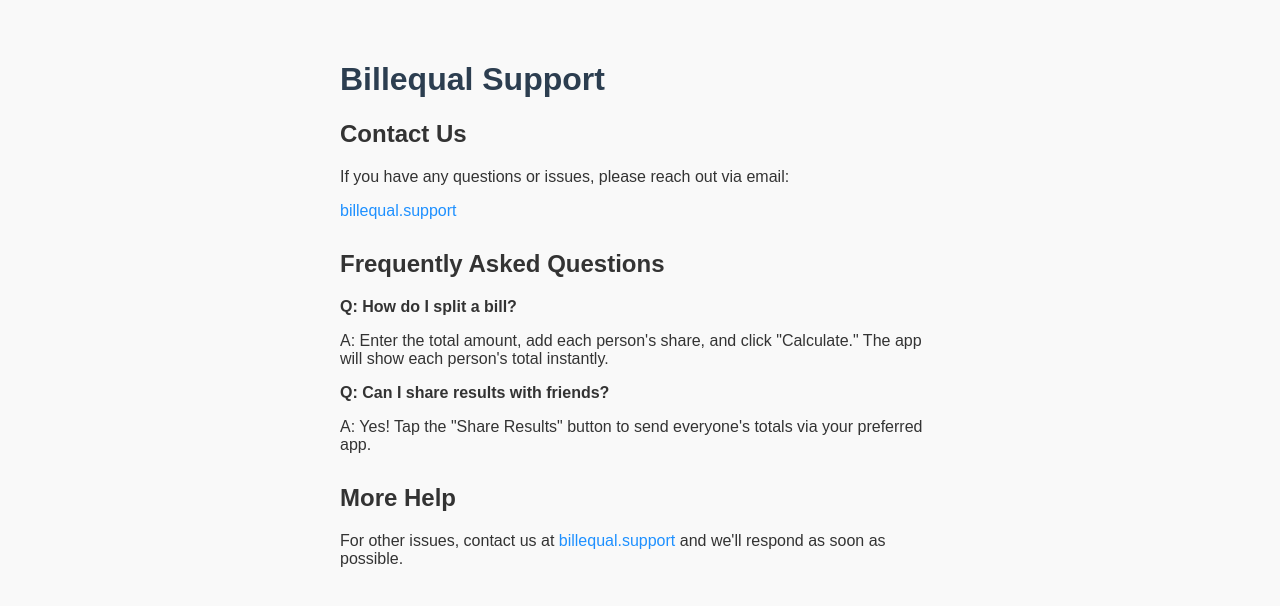
Repository: lyutok/iOS
Page: Billequal_landpage/support.html
An editor plug-in stored every save of this project. The page is shown before and after the next save, followed by the edit.
The browser window is 1280 px wide. The pictures show the whole page.

Above is the page before, as saved 2026-01-15 11:08:08.

### Billequal_landpage/support.html
<!DOCTYPE html>
<html lang="en">
<head>
  <meta charset="UTF-8">
  <meta name="viewport" content="width=device-width, initial-scale=1.0">
  <title>Billequal Support</title>
  <style>
    body {
      font-family: Arial, sans-serif;
      background-color: #f9f9f9;
      color: #333;
      padding: 40px;
      max-width: 600px;
      margin: auto;
    }
    h1 {
      color: #2c3e50;
    }
    a {
      color: #1e90ff;
      text-decoration: none;
    }
    a:hover {
      text-decoration: underline;
    }
    section {
      margin-bottom: 30px;
    }
  </style>
</head>
<body>
  <h1>Billequal Support</h1>

  <section>
    <h2>Contact Us</h2>
    <p>If you have any questions or issues, please reach out via email:</p>
    <p>
        <a href="mailto:mila.liutok@gmail.com?subject=Billequal%20Support">
            billequal.support
        </a>
    </p>
  </section>

  <section>
    <h2>Frequently Asked Questions</h2>
    <p><strong>Q: How do I split a bill?</strong></p>
    <p>A: Enter the total amount, add each person&#39s share, and click &quot;Calculate.&quot; The app will show each person&#39s total instantly.</p>

    <p><strong>Q: Can I share results with friends?</strong></p>
    <p>A: Yes! Tap the &quot;Share Results&quot; button to send everyone&#39s totals via your preferred app.</p>
  </section>

  <section>
    <h2>More Help</h2>
    <p>For other issues, contact us at
        <a href="mailto:mila.liutok@gmail.com?subject=Billequal%20Support">
    billequal.support
    </a>
     and we&#39ll respond as soon as possible.</p>
  </section>
</body>
</html>

After the next save:
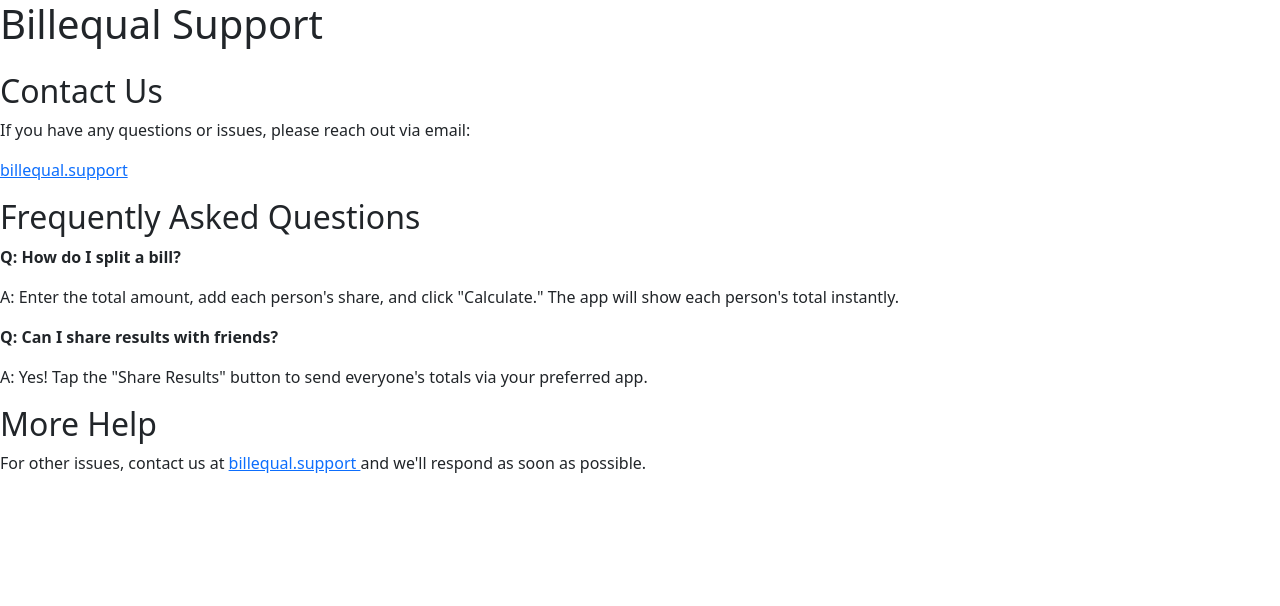
Saved 2 min 56 s later.
--- a/Billequal_landpage/support.html
+++ b/Billequal_landpage/support.html
@@ -4,32 +4,15 @@
   <meta charset="UTF-8">
   <meta name="viewport" content="width=device-width, initial-scale=1.0">
   <title>Billequal Support</title>
-  <style>
-    body {
-      font-family: Arial, sans-serif;
-      background-color: #f9f9f9;
-      color: #333;
-      padding: 40px;
-      max-width: 600px;
-      margin: auto;
-    }
-    h1 {
-      color: #2c3e50;
-    }
-    a {
-      color: #1e90ff;
-      text-decoration: none;
-    }
-    a:hover {
-      text-decoration: underline;
-    }
-    section {
-      margin-bottom: 30px;
-    }
-  </style>
+  <link
+    href="https://cdn.jsdelivr.net/npm/bootstrap@5.2.3/dist/css/bootstrap.min.css"
+    rel="stylesheet"
+    integrity="sha384-rbsA2VBKQhggwzxH7pPCaAqO46MgnOM80zW1RWuH61DGLwZJEdK2Kadq2F9CUG65"
+    crossorigin="anonymous"
+    />
 </head>
 <body>
-  <h1>Billequal Support</h1>
+  <h1 class="mb-4">Billequal Support</h1>
 
   <section>
     <h2>Contact Us</h2>
